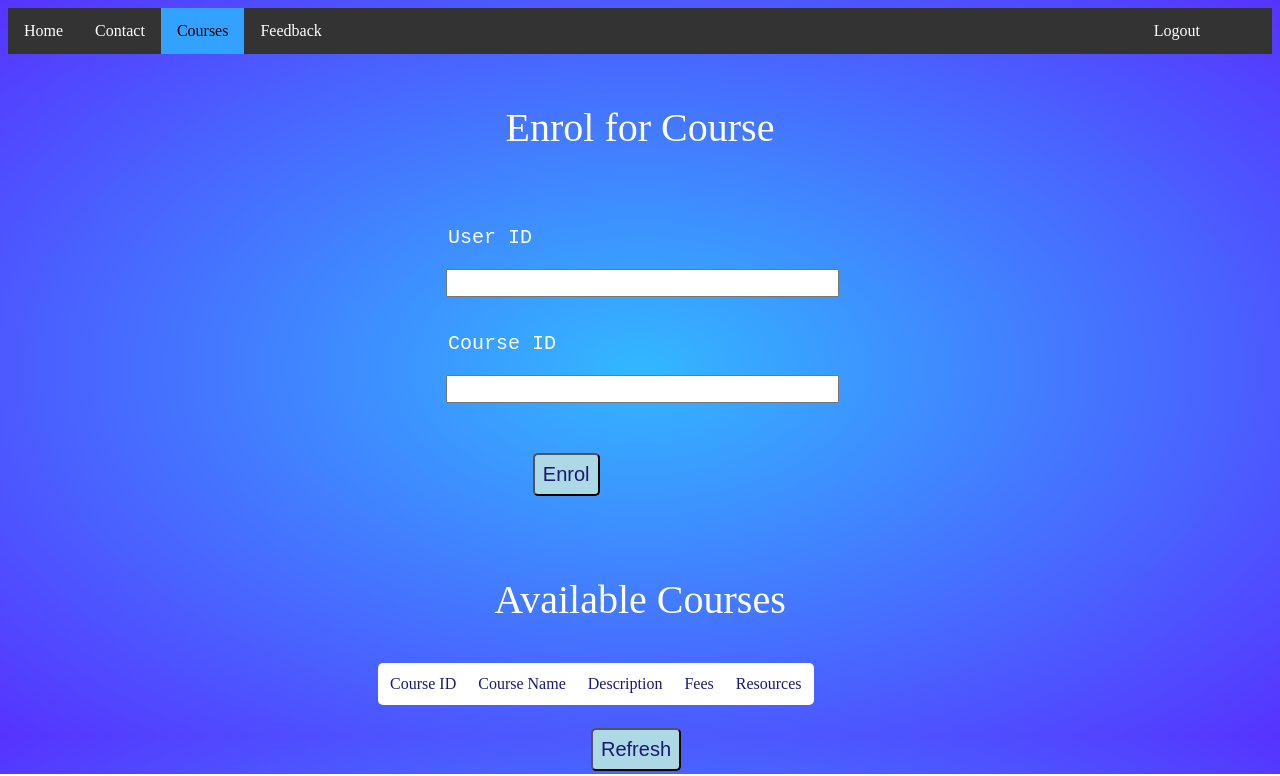
Repository: ShreyasG27/Amdocs-Training
Page: http://localhost/e-learning-frontend/courseuser.jsp
These files come from the project's save history. The page is drawn as it stood at one moment and after the next save; the edit follows.
The browser window is 1280 px wide. The pictures show the whole page.
The page is served by Tomcat 9. Queries for data that is not in the repository find no rows.

Above is the page before, as saved 2021-08-25 03:48:05.

After the next save:
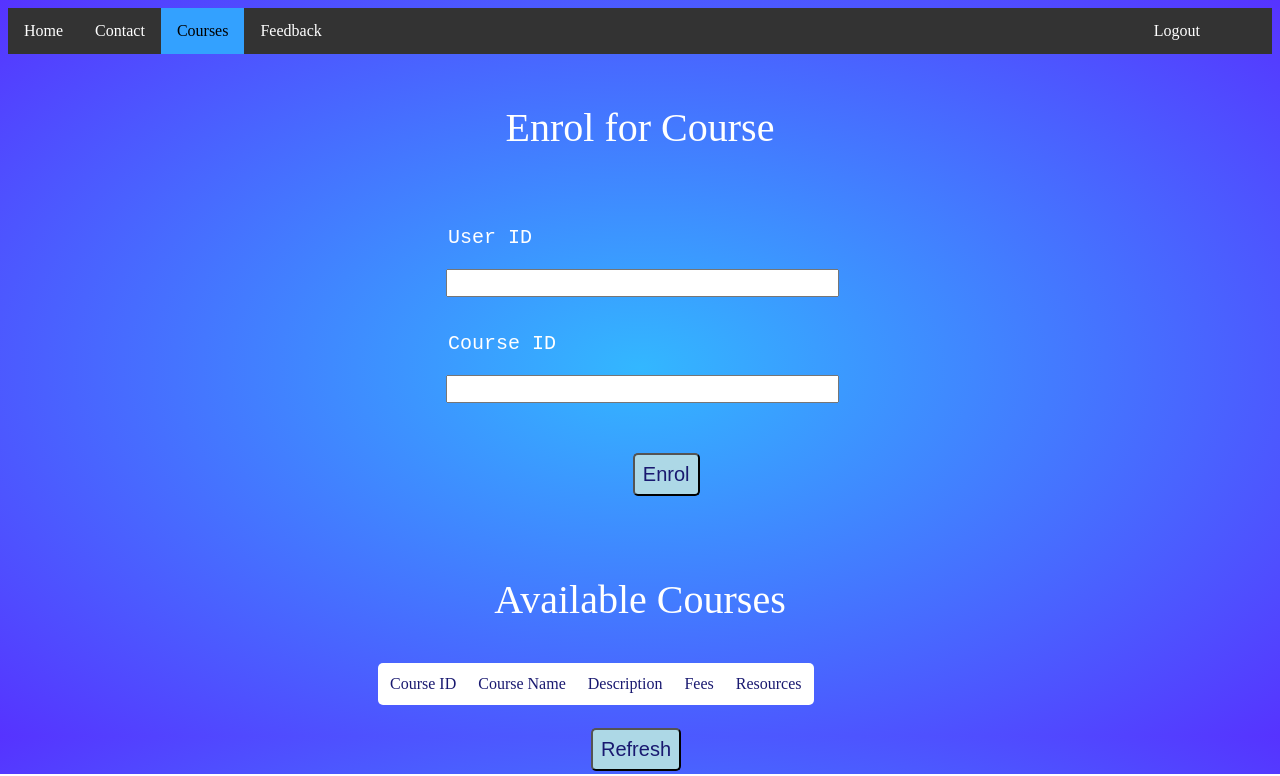
Saved 25 s later.
--- a/e-learning-frontend/src/main/webapp/courseuser.jsp
+++ b/e-learning-frontend/src/main/webapp/courseuser.jsp
@@ -36,7 +36,7 @@ margin-top: 50px;
 	margin-top: 20px;
 }
 .deletebutton{
-	margin-left:400px;
+	margin-left:500px;
 	padding:8px;
 	font-size:20px;
 	color: midnightblue;
@@ -45,7 +45,7 @@ margin-top: 50px;
 	margin-top: 20px;
 }
 .deletebutton:hover{
-	margin-left:400px;
+	margin-left:500px;
 	padding:8px;
 	font-size:20px;
 	color: midnightblue;
